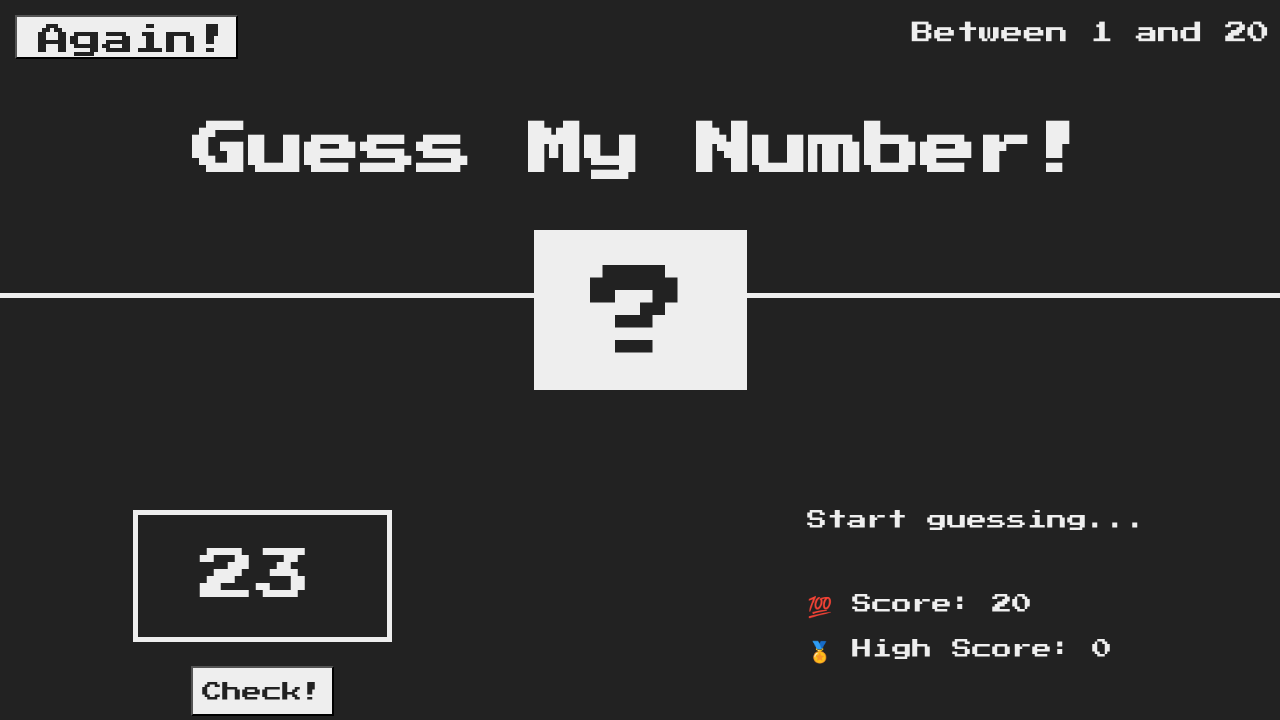
Repository: Aaryan-Poria/guess-the-number
Page: index.html
These files come from the project's save history. The page is drawn as it stood at one moment and after the next save; the edit follows.
The browser window is 1280 px wide. The pictures show the whole page.

Above is the page before, as saved 2023-08-18 22:17:21.

### index.html
<!DOCTYPE html>
<html lang="en">
  <head>
    <link rel="preconnect" href="https://fonts.googleapis.com" />
    <link rel="preconnect" href="https://fonts.gstatic.com" crossorigin />
    <link
      href="https://fonts.googleapis.com/css2?family=Press+Start+2P&display=swap"
      rel="stylesheet"
    />

    <meta charset="UTF-8" />
    <meta name="viewport" content="width=device-width, initial-scale=1.0" />
    <title>Guess My Number Game</title>
    <link rel="stylesheet" href="style.css" />
  </head>
  <body>
    <section class="page-top">
      <div class="header">
        <button class="btn again">Again!</button>
        <p class="between">Between 1 and 20</p>
      </div>
      <h3 class="guessText">Guess My Number!</h3>
    </section>
    <p class="number">?</p>
    <section class="page-bottom">
      <div class="interact">
        <label for="userInput">
          <input type="number" name="userInput" id="userInput" />
        </label>
        <button class="check">Check!</button>
      </div>
      <div class="text">
        <p class="startGuessing">Start guessing...</p>
        <p class="score">💯 Score: 20</p>
        <p class="highScore">🏅 High Score: 0</p>
      </div>
    </section>
    <script src="script.js"></script>
  </body>
</html>

### style.css
* {
  background-color: rgb(34, 34, 34);
  color: #eee;
  font-family: "Press Start 2P", cursive;
}

body {
  margin: 0;
  padding: 0;
  display: flex;
  flex-direction: column;
}
section.page-top {
  display: flex;
  flex-direction: column;
  justify-content: center;
  align-items: center;
  /* flex-grow: 1; */
  /* flex-shrink: 1; */
  flex-basis: 100%;
  border-bottom: 5px solid #eee;
  margin-bottom: -168px;
  padding-bottom: 58px;
}
div.header {
  display: flex;
  justify-content: space-between;
  align-items: flex-start;
  width: 100%;
}
.again {
  font-size: 2rem;
  padding-top: 7px;
  padding-left: 21px;
  background-color: #eee;
  color: rgb(34, 34, 34);
  display: flex;
  justify-content: center;
  align-items: center;
  margin-top: 15px;
  margin-left: 15px;
}
.between {
  display: flex;
  font-size: 1.4rem;
  padding-right: 10px;
  justify-content: center;
  align-items: center;
}
.guessText {
  font-size: 3.5rem;
}
p.number {
  color: rgb(34, 34, 34);
  background-color: #eee;
  display: flex;
  width: 213px;
  height: 150px;
  align-self: center;
  justify-content: center;
  align-items: center;
  font-size: 100px;
  padding-top: 10px;
}
section.page-bottom {
  display: flex;
  justify-content: space-around;
  align-items: flex-start;
  margin-top: 20px;
}
.interact {
  display: flex;
  flex-direction: column;
}
#userInput {
  border: 5px solid #eee;
  height: 120px;
  font-size: 3.5rem;
  width: 245px;
  text-indent: 60px;
}
.check {
  display: flex;
  font-size: 20px;
  background-color: #eee;
  color: rgb(34, 34, 34);
  width: 143px;
  height: 50px;
  margin-top: 24px;
  justify-content: center;
  align-self: center;
  padding-top: 14px;
}
.text {
  display: flex;
  flex-direction: column;
  font-size: 20px;
  margin-left: 150px;
}
.startGuessing {
  margin-top: 0px;
  padding-top: 0px;
}
.score {
  margin-top: 44px;
}
.highScore {
  margin-top: 0px;
}

### script.js
"use strict";

function generateRandomNumber() {
  return Math.trunc(Math.random() * 20) + 1;
}

const message = document.querySelector(".startGuessing").textContent;
//let usersInput = document.querySelector("#userInput").value;

let score = 20;
let highscore = 0;

const hiddenNumber = generateRandomNumber();

document.querySelector("#userInput").value = 23;
console.log(document.querySelector("#userInput").value);

After the next save:
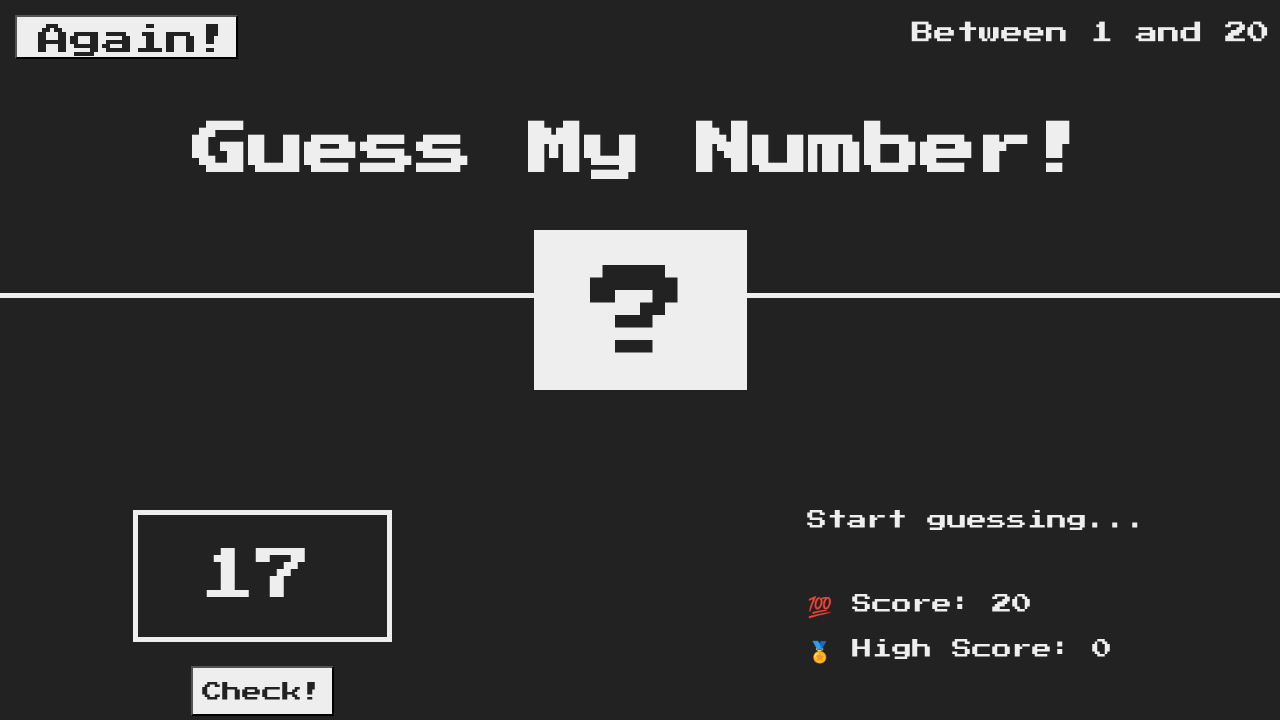
Saved 11 s later.
--- a/script.js
+++ b/script.js
@@ -12,5 +12,5 @@ let highscore = 0;
 
 const hiddenNumber = generateRandomNumber();
 
-document.querySelector("#userInput").value = 23;
+document.querySelector("#userInput").value = 17;
 console.log(document.querySelector("#userInput").value);
